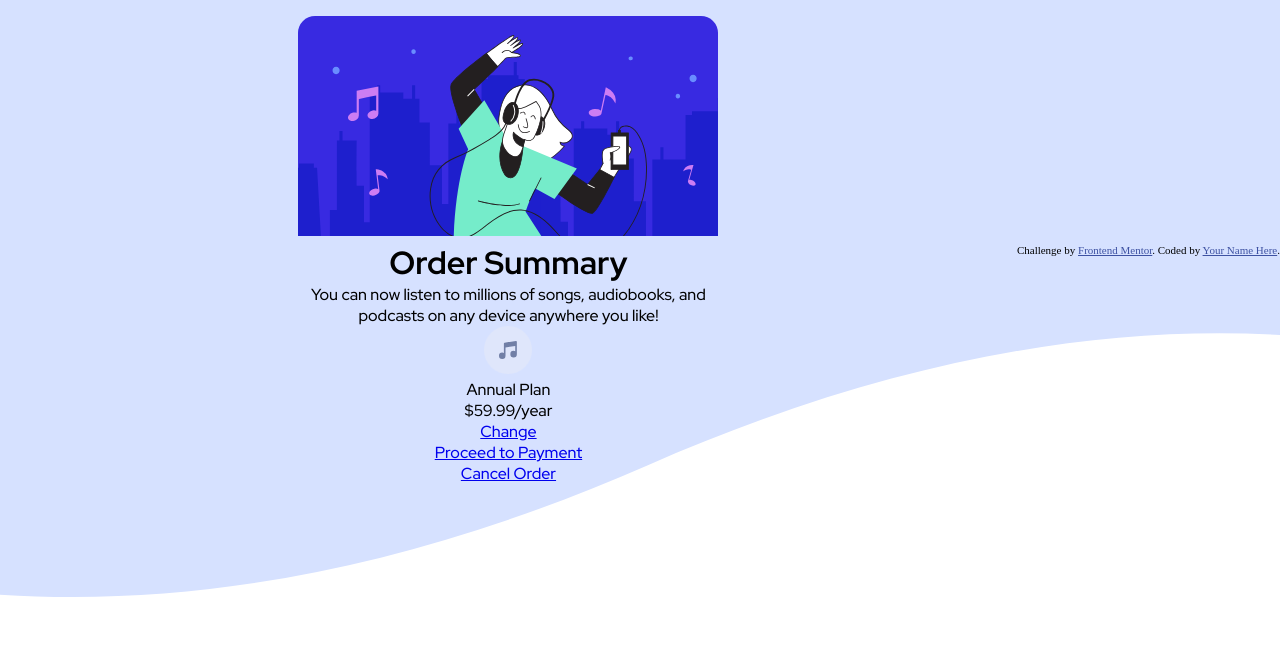
Repository: DejV44/order-summary-frontend
Page: index.html
These files come from the project's save history. The page is drawn as it stood at one moment and after the next save; the edit follows.
The browser window is 1280 px wide. The pictures show the whole page.
The style sheet was rebuilt from its Sass, Less or Tailwind sources for each picture, by a compiler version that may differ from the author's.

Above is the page before, as saved 2021-08-12 19:58:45.

### index.html
<!DOCTYPE html>
<html lang="en">
<head>
  <meta charset="UTF-8">
  <meta name="viewport" content="width=device-width, initial-scale=1.0">
  <link rel="stylesheet" href="css/style.css">

  <link rel="icon" type="image/png" sizes="32x32" href="./images/favicon-32x32.png">

  <title>Frontend Mentor | Order summary card</title>

</head>
<body>
  <div class="container">
    <div class="backgr">
      <img src="/images/illustration-hero.svg" alt="hero">
    </div>
    <div class="content">
      <h1>Order Summary</h1>
      <p>You can now listen to millions of songs, audiobooks, and podcasts on any
  device anywhere you like!</p>
    </div>
    <div class="price_container">
      <div class="annual">
        <img src="/images/icon-music.svg" alt="music">
        <p>Annual Plan</p>
        <p>$59.99/year</p>
      </div>
      <a href="#">Change</a>
    </div>
    <div class="button">
      <a href="#">Proceed to Payment</a>
    </div>
    <div class="cancel_button">
      <a href="#">Cancel Order</a>
    </div>

  </div>

  <div class="attribution">
    Challenge by <a href="https://www.frontendmentor.io?ref=challenge" target="_blank">Frontend Mentor</a>.
    Coded by <a href="#">Your Name Here</a>.
  </div>
</body>
</html>

### css/style.scss
* {
    margin: 0;
    padding: 0;
}
@import url('https://fonts.googleapis.com/css2?family=Red+Hat+Display:wght@500;700;900&display=swap');
@import "variables";
@import "mixins";

body {
    @include backgroundMob;
    display: flex;
    justify-content: center;
    align-items: center;
    margin-bottom: 2rem;
}

.container {
    @include container;
    @include border;

}





.attribution { font-size: 11px; text-align: center; }
.attribution a { color: hsl(228, 45%, 44%); }

### css/_variables.scss
// ---COLORS--

$Paleblue: hsl(225, 100%, 94%);
$Brightblue: hsl(245, 75%, 52%);
$VeryPaleBlue: hsl(225, 100%, 98%);
$Desaturatedblue: hsl(224, 41%, 36%);
$DarkBlue: hsl(223, 47%, 23%);

### css/_mixins.scss
@mixin fonts {
    font-family: 'Red Hat Display', sans-serif;
}

@mixin backgroundMob {
    background: url(/images/pattern-background-mobile.svg);
    background-repeat: no-repeat;
    background-size: cover;
    background-position: center;
}

@mixin container {
    max-width: 420px;
    margin: 1em auto;
    text-align: center;
    overflow: hidden;
    @include fonts;
}

@mixin border {
    border-radius: 17px;

}

After the next save:
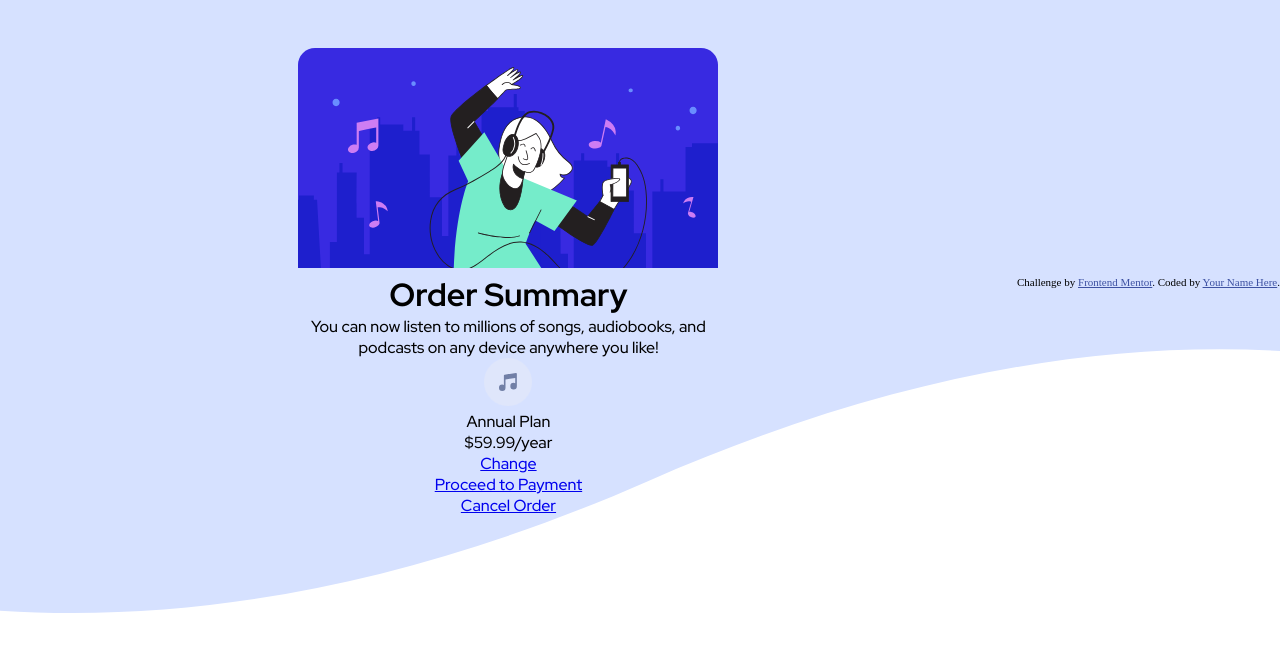
Saved 19 s later.
--- a/css/style.scss
+++ b/css/style.scss
@@ -11,7 +11,7 @@ body {
     display: flex;
     justify-content: center;
     align-items: center;
-    margin-bottom: 2rem;
+    margin: 2rem auto;
 }
 
 .container {
